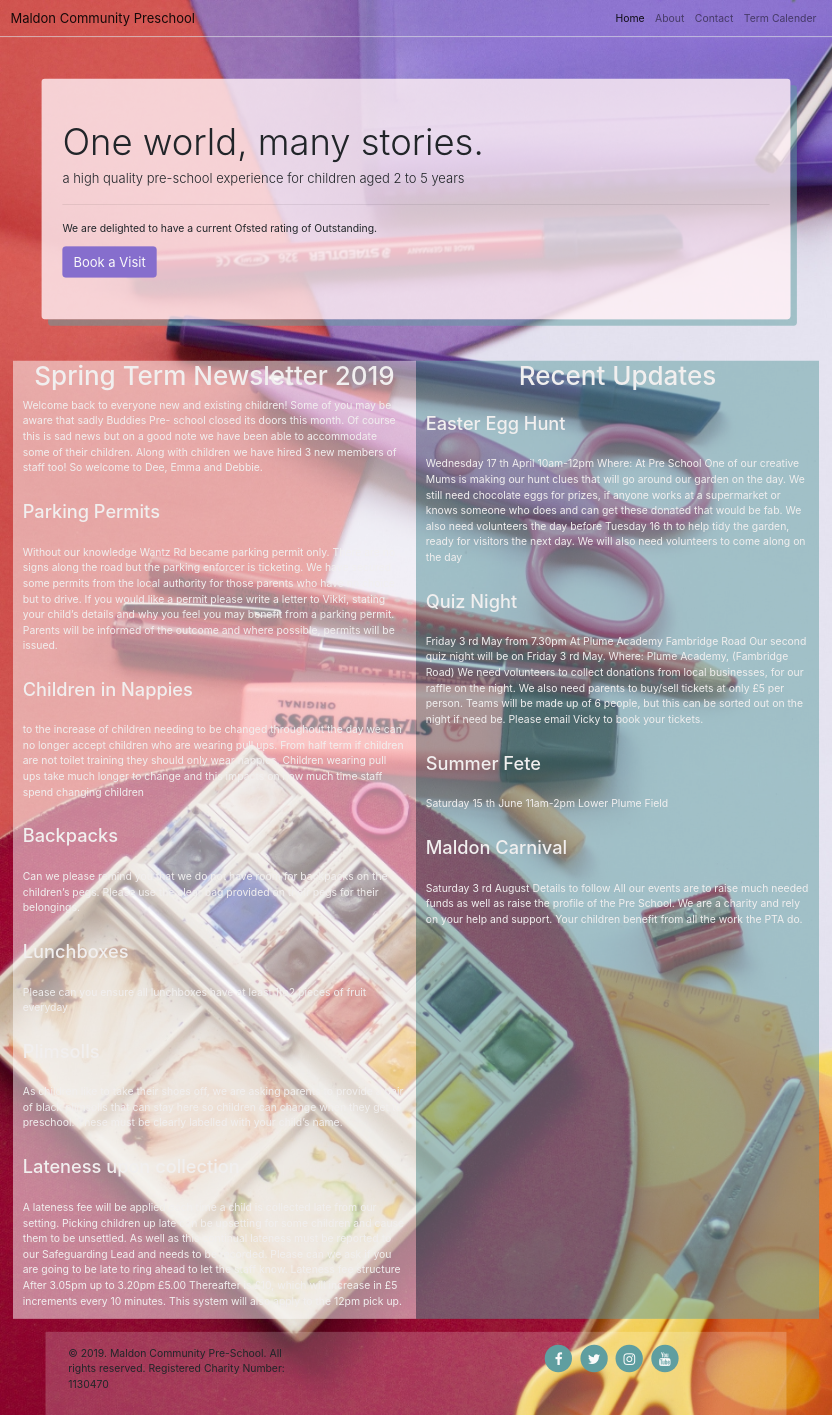
Repository: parkslee/milestone_1
Page: index.html
The author's editor kept a record of every edit. The page is drawn from the files as they stood at one moment, then again after the next edit.
The browser window is 1280 px wide. The pictures show the whole page, at 65% of full size.
Some web libraries are served in a nearby version.

Above is the page before.

### index.html
<!DOCTYPE html>
<html lang="en">

<head>
    <meta charset="UTF-8">
    <meta name="viewport" content="width=device-width, initial-scale=1.0">
    <meta http-equiv="X-UA-Compatible" content="ie=edge">
    <link rel="stylesheet" href="https://maxcdn.bootstrapcdn.com/bootstrap/4.2.1/css/bootstrap.min.css"
        type="text/css" />
    <link rel="stylesheet" href="https://maxcdn.bootstrapcdn.com/font-awesome/4.7.0/css/font-awesome.min.css"
        type="text/css" />
    <link rel="stylesheet" href="https://cdnjs.cloudflare.com/ajax/libs/hover.css/2.1.1/css/hover-min.css"
        type="text/css" />
    <link rel="stylesheet" href="assets\css\style.css">
    <title>Maldon Community Preschool</title>
</head>

<body class="bgimage">



    <!-------------------------------------------------------------------------------navigation-->
    <header>
        <div class="container-fullwidth">
            <nav class="navbar navbar-expand-lg navbar-light bg-light border-bottom">
                <a class="navbar-brand" href="./index.html">Maldon Community Preschool</a>
                <button class="navbar-toggler" type="button" data-toggle="collapse" data-target="#navbarNav"
                    aria-controls="navbarNav" aria-expanded="false" aria-label="Toggle navigation">
                    <span class="navbar-toggler-icon"></span>
                </button>
                <div class="collapse navbar-collapse" id="navbarNav">
                    <ul class="navbar-nav text-center ml-auto">
                        <li class="nav-item active">
                            <a class="nav-link" href="./index.html">Home <span class="sr-only">(current)</span></a>
                        </li>
                        <li class="nav-item">
                            <a class="nav-link" href="./about.html">About</a>
                        </li>
                        <li class="nav-item">
                            <a class="nav-link" href="./contact.html">Contact</a>
                        </li>
                        <li class="nav-item">
                            <a class="nav-link" href="./Calender.html">Term Calender</a>
                        </li>



                        <!--------only displayed in mobile view to link to newsletter.html and updates.html--------->
                        <!-------------this is to reduce clutter on mobile views----d-lg-none--------->

                        <li class="nav-item">
                            <a class="nav-link d-lg-none" href="./newsletter.html">Newsletter</a>
                        </li>
                        <li class="nav-item">
                            <a class="nav-link d-lg-none" href="./updates.html">Recent Updates</a>
                        </li>
                    </ul>
                </div>
            </nav>
        </div>
    </header>


    <!-------jumbotron linked to contact page (this to be the only item displayed on mobile----->
    <main>

        <div class="jumbotron">
            <h3 class="display-4">One world, many stories.</h3>
            <p class="lead">a high quality pre-school experience for children aged 2 to 5 years</p>
            <hr class="my-4">
            <p>We are delighted to have a current Ofsted rating of Outstanding.
            </p>
            <a class="btn btn-primary btn-lg" href="./contact.html" role="button">Book a Visit</a>
        </div>

    </main>



    <!-----------This content is not displayed in mobile to give a clear view-------------------->
    <!----------credit : https://medium.com/wdstack/bootstrap-4-hidden-visible-dd969a4c5854 - display property bootstrap-------->
    <div class="d-none d-lg-block">
        <div class="row newsletter-update">
            <div class="col-md-6 newsletter">
                <h1>Spring Term Newsletter
                    2019</h1>
                <p>Welcome back to everyone new and existing children! Some of you may be aware that sadly Buddies Pre-
                    school
                    closed its doors this month. Of course this is sad news but on a good note we have been able to
                    accommodate
                    some of their children. Along with children we have hired 3 new members of staff too! So welcome to
                    Dee,
                    Emma and Debbie.</p>
                <br>

                <h3>Parking Permits</h3>
                <br>
                <p> Without our knowledge Wantz Rd became parking permit only. There are no signs along the road but the
                    parking
                    enforcer is ticketing. We have secured some permits from the local authority for those parents who
                    have
                    no
                    choice but to drive. If you would like a permit please write a letter to Vikki, stating your child’s
                    details
                    and why you feel you may benefit from a parking permit. Parents will be informed of the outcome and
                    where
                    possible, permits will be issued.</p>
                <br>
                <h3>Children in Nappies</h3>
                <br>
                <p>to the increase of children needing to be changed throughout the day we can no longer accept children
                    who
                    are wearing pull ups. From half
                    term if children are not toilet training they should only wear nappies. Children wearing pull ups
                    take
                    much
                    longer to change and this impacts on how much time staff spend changing children
                </p><br>
                <h3> Backpacks</h3>
                <br>
                <p> Can we please remind you that we do not have room for backpacks on the children’s pegs. Please use
                    the
                    clear
                    bag provided on their pegs for their belongings.
                </p><br>
                <h3> Lunchboxes</h3>
                <br>
                <p> Please can you ensure all lunchboxes have at least 1to2 pieces of fruit everyday
                </p><br>
                <h3> Plimsolls</h3>
                <br>
                <p> As children like to take their shoes off, we are asking parents to provide a pair of black plimsolls
                    that
                    can stay here so children can change when they get to preschool. These must be clearly labelled with
                    your
                    child’s name.
                </p><br>
                <h3> Lateness upon collection</h3>
                <br>
                <p> A lateness fee will be applied each time a child is collected late from our
                    setting. Picking children up late can be upsetting for some children and cause them to be unsettled.
                    As
                    well
                    as this continual lateness must be reported to our Safeguarding Lead and needs to be recorded.
                    Please
                    can we
                    ask if you are going to be late to ring ahead to let the staff know.
                    Lateness fee structure After 3.05pm up to 3.20pm £5.00 Thereafter is £10, which will increase in £5
                    increments every 10 minutes. This system will also apply to the 12pm pick up.</p>
            </div>
            <div class="col-md-6 updates-index">

                <h1> Recent Updates</h1>
                <br>
                <h3>Easter Egg Hunt</h3>
                <br>
                <p>Wednesday 17 th April 10am-12pm Where: At Pre School One of our creative Mums is making our hunt
                    clues
                    that
                    will go around our garden on the day. We still need chocolate eggs for prizes, if anyone works at a
                    supermarket or knows someone who does and can get these donated that would be fab. We also need
                    volunteers
                    the day before Tuesday 16 th to help tidy the garden, ready for visitors the next day. We will also
                    need
                    volunteers to come along on the day</p>
                <br>
                <h3> Quiz Night</h3>
                <br>
                <p> Friday 3 rd May from 7.30pm At Plume Academy Fambridge Road Our second quiz night will be on Friday
                    3 rd
                    May. Where: Plume Academy, (Fambridge Road) We need volunteers to collect donations from local
                    businesses,
                    for our raffle on the night. We also need parents to buy/sell tickets at only £5 per person. Teams
                    will
                    be
                    made up of 6 people, but this can be sorted out on the night if need be. Please email Vicky to book
                    your
                    tickets.</p>
                <br>
                <h3> Summer Fete</h3>
                <br>
                <p> Saturday 15 th June 11am-2pm Lower Plume Field
                </p><br>

                <h3> Maldon Carnival</h3>
                <br>

                <p>Saturday 3 rd August Details to follow
                    All our events are to raise much needed funds as well as raise the profile of the Pre School. We are
                    a
                    charity and rely on your help and support. Your children benefit from all the work the PTA do.
                </p>
            </div>
        </div>
    </div>



    <!---------------------------first footer only displayed on desktop view-------------------->
    <!------https://medium.com/wdstack/bootstrap-4-hidden-visible-dd969a4c5854 tutorial for display properties bootstrap---->
    <div class="container">
        <footer class="d-none d-md-block">



            <div id="footer-details" class="row">
                <div class="col-sm-4">
                    <p class="inline-block charity">
                        © 2019. Maldon Community Pre-School. All rights reserved.
                        Registered Charity Number: 1130470 </p>
                </div>

                <div class="col-sm-4 ml-auto">
                     <ul class="list-inline social-links">
                        <li class="list-inline-item">
                            <a target="_blank" href="https://facebook.com">
                                <i class="fa fa-facebook" aria-hidden="true"></i>
                                <span class="sr-only">Facebook</span>
                            </a>
                        </li>
                        <li class="list-inline-item">
                            <a target="_blank" href="https://twitter.com">
                                <i class="fa fa-twitter" aria-hidden="true"></i>
                                <span class="sr-only">Twitter</span>
                            </a>
                        </li>
                        <li class="list-inline-item">
                            <a target="_blank" href="https://instagram.com">
                                <i class="fa fa-instagram" aria-hidden="true"></i>
                                <span class="sr-only">Instagram</span>
                            </a>
                        </li>
                        <li class="list-inline-item">
                            <a target="_blank" href="https://youtube.com">
                                <i class="fa fa-youtube" aria-hidden="true"></i>
                                <span class="sr-only">YouTube</span>
                            </a>
                        </li>
                    </ul>
                </div>
            </div>
        </footer>
    </div>



    <!----second footer for mobile view (charity number hidden as to cluttered on mobile view)  -->
    <!------https://medium.com/wdstack/bootstrap-4-hidden-visible-dd969a4c5854 tutorial for display properties bootstrap---->
    <footer class="d-md-none">
        <div id="footer-mobile">
            <ul class="list-inline social-links">
                <li class="list-inline-item">
                    <a target="_blank" href="https://facebook.com">
                        <i class="fa fa-facebook" aria-hidden="true"></i>
                        <span class="sr-only">Facebook</span>
                    </a>
                </li>
                <li class="list-inline-item">
                    <a target="_blank" href="https://instagram.com">
                        <i class="fa fa-instagram" aria-hidden="true"></i>
                        <span class="sr-only">Instagram</span>
                    </a>
                </li>
                <li class="list-inline-item">
                    <a target="_blank" href="https://youtube.com">
                        <i class="fa fa-youtube" aria-hidden="true"></i>
                        <span class="sr-only">YouTube</span>
                    </a>
                </li>
            </ul>
        </div>
    </footer>


    <script src="https://code.jquery.com/jquery-3.3.1.slim.min.js"
        integrity="sha384-q8i/X+965DzO0rT7abK41JStQIAqVgRVzpbzo5smXKp4YfRvH+8abtTE1Pi6jizo"
        crossorigin="anonymous"></script>
    <script src="https://cdnjs.cloudflare.com/ajax/libs/popper.js/1.14.7/umd/popper.min.js"
        integrity="sha384-UO2eT0CpHqdSJQ6hJty5KVphtPhzWj9WO1clHTMGa3JDZwrnQq4sF86dIHNDz0W1"
        crossorigin="anonymous"></script>
    <script src="https://stackpath.bootstrapcdn.com/bootstrap/4.3.1/js/bootstrap.min.js"
        integrity="sha384-JjSmVgyd0p3pXB1rRibZUAYoIIy6OrQ6VrjIEaFf/nJGzIxFDsf4x0xIM+B07jRM"
        crossorigin="anonymous"></script>
</body>

</html>

### assets/css/style.css

/*---------------------------------------------------------index.html---------------*/

.bgimage {
    background-image: url(../images/home-bg.jpg);
    background-size: cover;
    height: 100%;
    background-repeat: no-repeat;
}

.bg-light {
    background-color: rgb(255, 255, 255, 0.0) !important;
}

.jumbotron {
    margin: 5% 5%;
    box-shadow: 10px 10px rgb(95, 158, 160, 0.5);
    background-color: rgb(255, 240, 245, 0.8);
}

.newsletter-update {
    margin: 20px;
}

.btn-primary {
    color: #fafafa;
    background-color: #866ecd;
    border-color: #866ccd;
}

.newsletter {
    background-color:rgb(255, 255, 255, 0.5);
    position: relative;
    color: #f1efef;

}
.newsletter h1{
    text-align: center;
}

.updates-index {
    background-color: rgb(95, 158, 160,0.5);
    color:#f1efef;
}

.updates-index h1{
    text-align: center;
}


/*-------------------------------------------------------footer------------*/

.social-links {
    padding-bottom: 0px;
}

.social-links li a i {
    width: 42px;
    height: 42px;
    padding: 12px 0;
    border-radius: 50%;
    font-size: 21px;
    line-height: 19px;
    text-align: center;
    color: #fafafa;
    background: cadetblue;
    transition: all 0.35s ease-in-out;
    -moz-transition: all 0.35s ease-in-out;
    -webkit-transition: all 0.35s ease-in-out;
    -o-transition: all 0.35s ease-in-out;
}

.social-links li a i:hover {
    background: #e84610;
}

#footer-details {
    padding: 20px;
    background-color: rgb(255, 255, 255, 0.2);
    position: relative;
    left: 0;
    bottom: 0;
}

#footer-mobile {
    padding: 20px;
    background-color: rgb(255, 255, 255, 0.0);
    width: 100%;
    text-align: center;
}

/*---------------------------------------------------------------contact page--------------------*/

.contact-image {
    background-image: url(../images/contact-bg.jpg);
    background-size: cover;
    height: 100%;
    background-repeat: no-repeat;
}

form{
    margin: 20px;
}

.form-control{
    background-color: rgb(255, 240, 245,0.8);
}

.contact-btn{
    background-color: cadetblue;
    border-color: cadetblue;
}

/*------------------------------------------------------------------------- About--------------*/
.about-image{
    background-image: url(../images/about-bg.jpg);
    background-size: cover;
    height: 100vh;
    background-repeat: no-repeat;
    background-position: 55%;

}

.about-content{
    text-align: center;

}

/*-------------------------------------------------------------------------calender---------------*/
.calender-image{
    background-color: #866ccd;
}

/*------------------------------------------time line--------------------*/
/*-------bootstrap time line - https://bootsnipp.com/snippets/OzQj-------*/

.timeline {
    list-style: none;
    padding: 20px 0 20px;
    position: relative;
}

    .timeline:before {
        top: 0;
        bottom: 0;
        position: absolute;
        content: " ";
        width: 3px;
        background-color: #eeeeee;
        left: 50%;
        margin-left: -1.5px;
    }

    .timeline > li {
        margin-bottom: 20px;
        position: relative;
    }

        .timeline > li:before,
        .timeline > li:after {
            content: " ";
            display: table;
        }

        .timeline > li:after {
            clear: both;
        }

        .timeline > li:before,
        .timeline > li:after {
            content: " ";
            display: table;
        }

        .timeline > li:after {
            clear: both;
        }

        .timeline > li > .timeline-panel {
            width: 46%;
            float: left;
            border: 1px solid #d4d4d4;
            border-radius: 2px;
            padding: 20px;
            position: relative;
            -webkit-box-shadow: 0 1px 6px rgba(0, 0, 0, 0.175);
            box-shadow: 0 1px 6px rgba(0, 0, 0, 0.175);
        }

            .timeline > li > .timeline-panel:before {
                position: absolute;
                top: 26px;
                right: -15px;
                display: inline-block;
                border-top: 15px solid transparent;
                border-left: 15px solid #ccc;
                border-right: 0 solid #ccc;
                border-bottom: 15px solid transparent;
                content: " ";
            }

            .timeline > li > .timeline-panel:after {
                position: absolute;
                top: 27px;
                right: -14px;
                display: inline-block;
                border-top: 14px solid transparent;
                border-left: 14px solid #fff;
                border-right: 0 solid #fff;
                border-bottom: 14px solid transparent;
                content: " ";
            }

        .timeline > li > .timeline-badge {
            color: #fff;
            width: 50px;
            height: 50px;
            line-height: 50px;
            font-size: 1.4em;
            text-align: center;
            position: absolute;
            top: 16px;
            left: 50%;
            margin-left: -25px;
            background-color: #999999;
            z-index: 100;
            border-top-right-radius: 50%;
            border-top-left-radius: 50%;
            border-bottom-right-radius: 50%;
            border-bottom-left-radius: 50%;
        }

        .timeline > li.timeline-inverted > .timeline-panel {
            float: right;
        }

            .timeline > li.timeline-inverted > .timeline-panel:before {
                border-left-width: 0;
                border-right-width: 15px;
                left: -15px;
                right: auto;
            }

            .timeline > li.timeline-inverted > .timeline-panel:after {
                border-left-width: 0;
                border-right-width: 14px;
                left: -14px;
                right: auto;
            }

.timeline-badge.primary {
    background-color: #2e6da4 !important;
}

.timeline-badge.success {
    background-color: #3f903f !important;
}

.timeline-badge.warning {
    background-color: #f0ad4e !important;
}

.timeline-badge.danger {
    background-color: #d9534f !important;
}

.timeline-badge.info {
    background-color: #5bc0de !important;
}

.timeline-title {
    margin-top: 0;
    color: inherit;
}

.timeline-body > p,
.timeline-body > ul {
    margin-bottom: 0;
}

    .timeline-body > p + p {
        margin-top: 5px;
    }

@media (max-width: 767px) {
    ul.timeline:before {
        left: 40px;
    }

    ul.timeline > li > .timeline-panel {
        width: calc(100% - 90px);
        width: -moz-calc(100% - 90px);
        width: -webkit-calc(100% - 90px);
    }

    ul.timeline > li > .timeline-badge {
        left: 15px;
        margin-left: 0;
        top: 16px;
    }

    ul.timeline > li > .timeline-panel {
        float: right;
    }

        ul.timeline > li > .timeline-panel:before {
            border-left-width: 0;
            border-right-width: 15px;
            left: -15px;
            right: auto;
        }

        ul.timeline > li > .timeline-panel:after {
            border-left-width: 0;
            border-right-width: 14px;
            left: -14px;
            right: auto;
        }
}

/*----------------------------------------------------------------newsletter.html-------------*/
.newsletter-image{
    background-image: url(../images/newsletter-bg.jpg);
    background-size: cover;
    height: 100%;
    background-repeat: no-repeat;
    background-position: 75%;
}



.newsletter-content{
    color:#fafafa;
}

.newsletter-content h1{
    text-align: center;
}


/*------------------------------------------------------------------updates.html-----------*/
.updates-image{
    background-image: url(../images/crayon-bg.jpg);
    background-size: cover;
    height: 100%;
    background-repeat: no-repeat;
    background-position: 50%;
}

.updates{
    color: #fafafa;
    background-color: black;
}



/*------------------------------------------------------------------------- media----------*/

@media only screen and (min-width: 768px) {


    .footer-details {
        position: absolute;
    }

    /*---contact page----*/
    form{
        margin: 50px;
    }

    .contact-image {
        height: 100%;

    }

}

After the next edit:
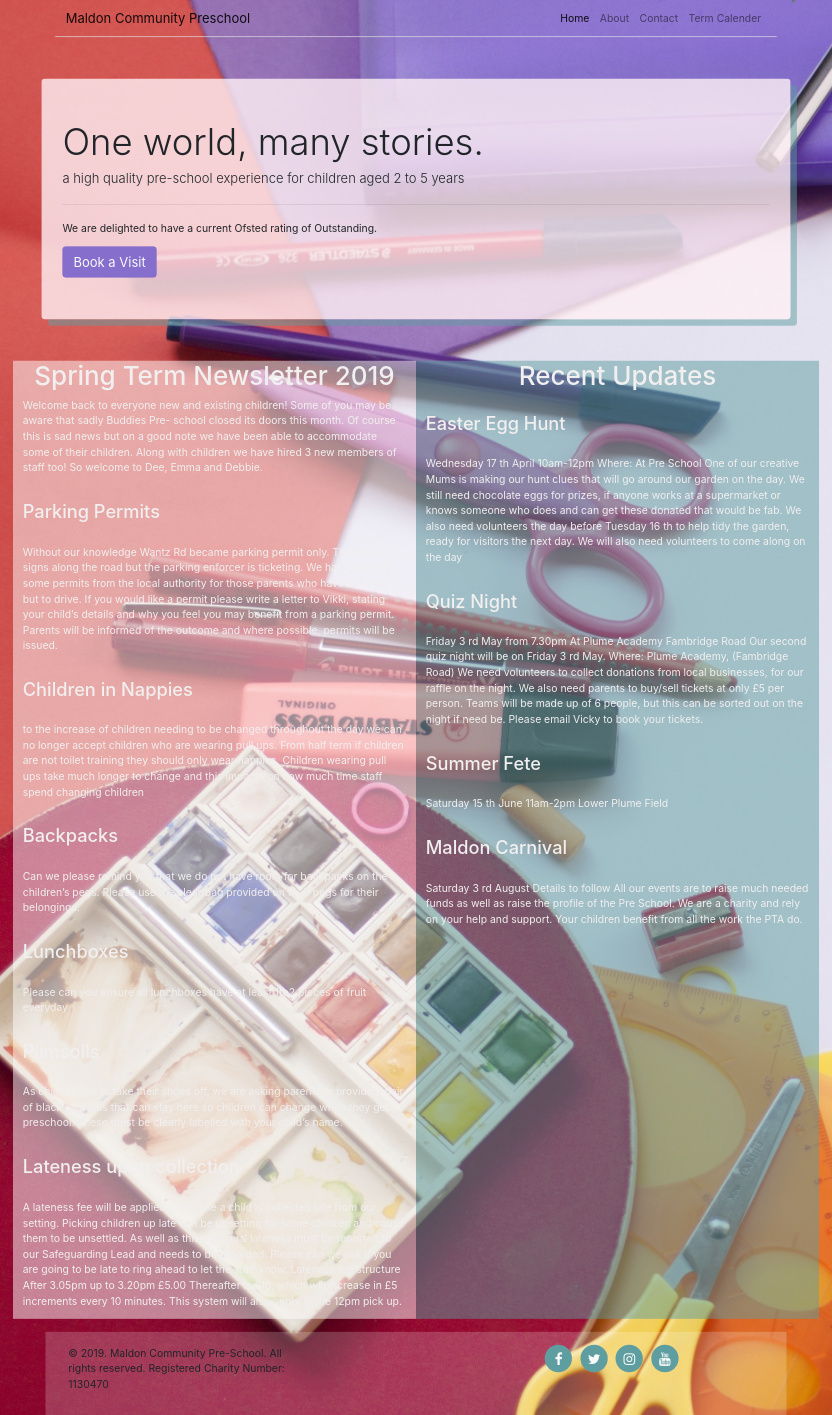
The edit:
--- a/index.html
+++ b/index.html
@@ -21,7 +21,7 @@
 
     <!-------------------------------------------------------------------------------navigation-->
     <header>
-        <div class="container-fullwidth">
+        <div class="container">
             <nav class="navbar navbar-expand-lg navbar-light bg-light border-bottom">
                 <a class="navbar-brand" href="./index.html">Maldon Community Preschool</a>
                 <button class="navbar-toggler" type="button" data-toggle="collapse" data-target="#navbarNav"
